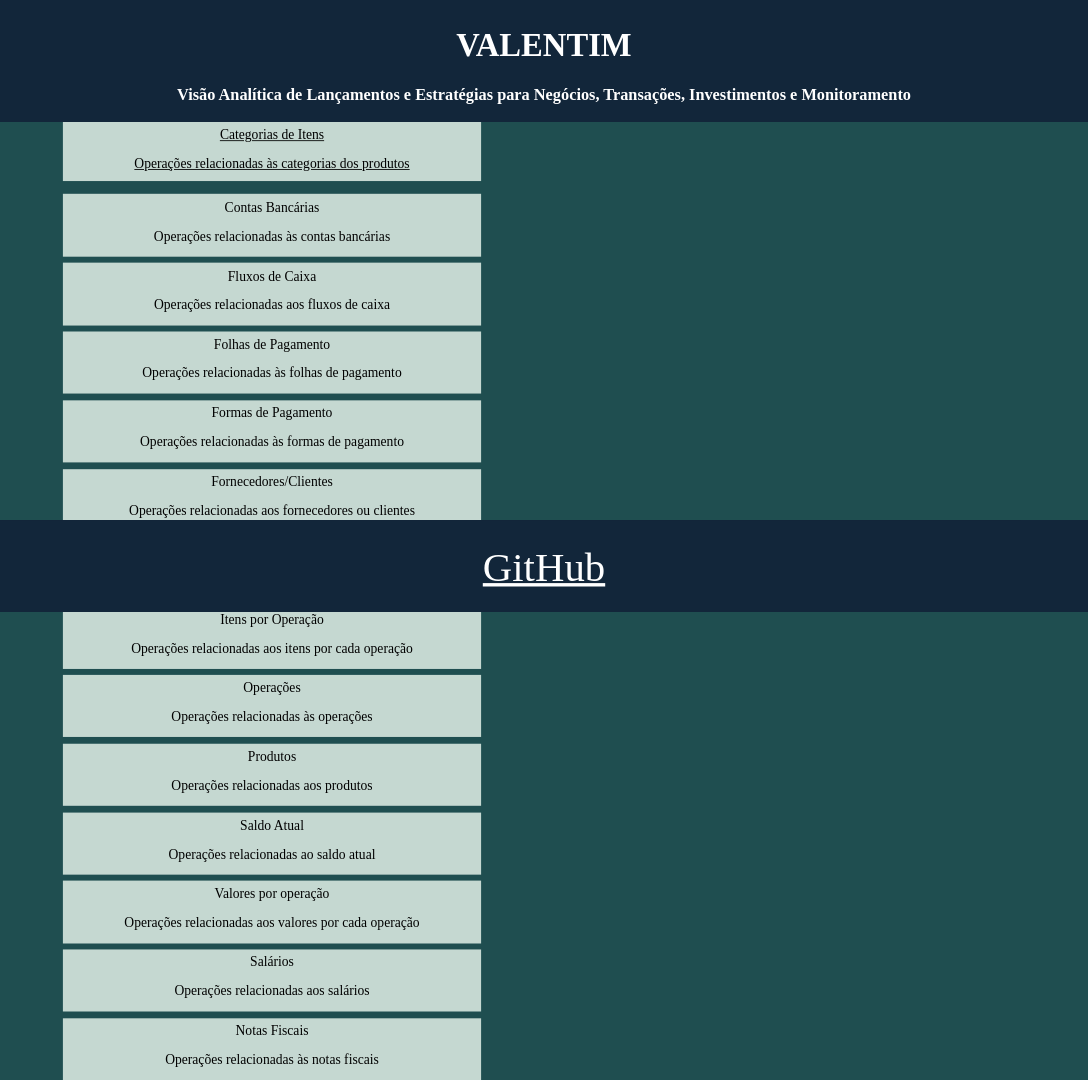
Repository: Matheus-Lacerda009/ERP-Financeiro
Page: Front/menu/menu.html
The author's editor kept a copy of each file at every save. The page is drawn from the files as they stood at one save, then again after a run of saves.
The browser window is 1280 px wide. The pictures show the whole page, at 85% of full size.

Above is the page before, as saved 2026-07-13 19:13:08.

After the next 2 saves:
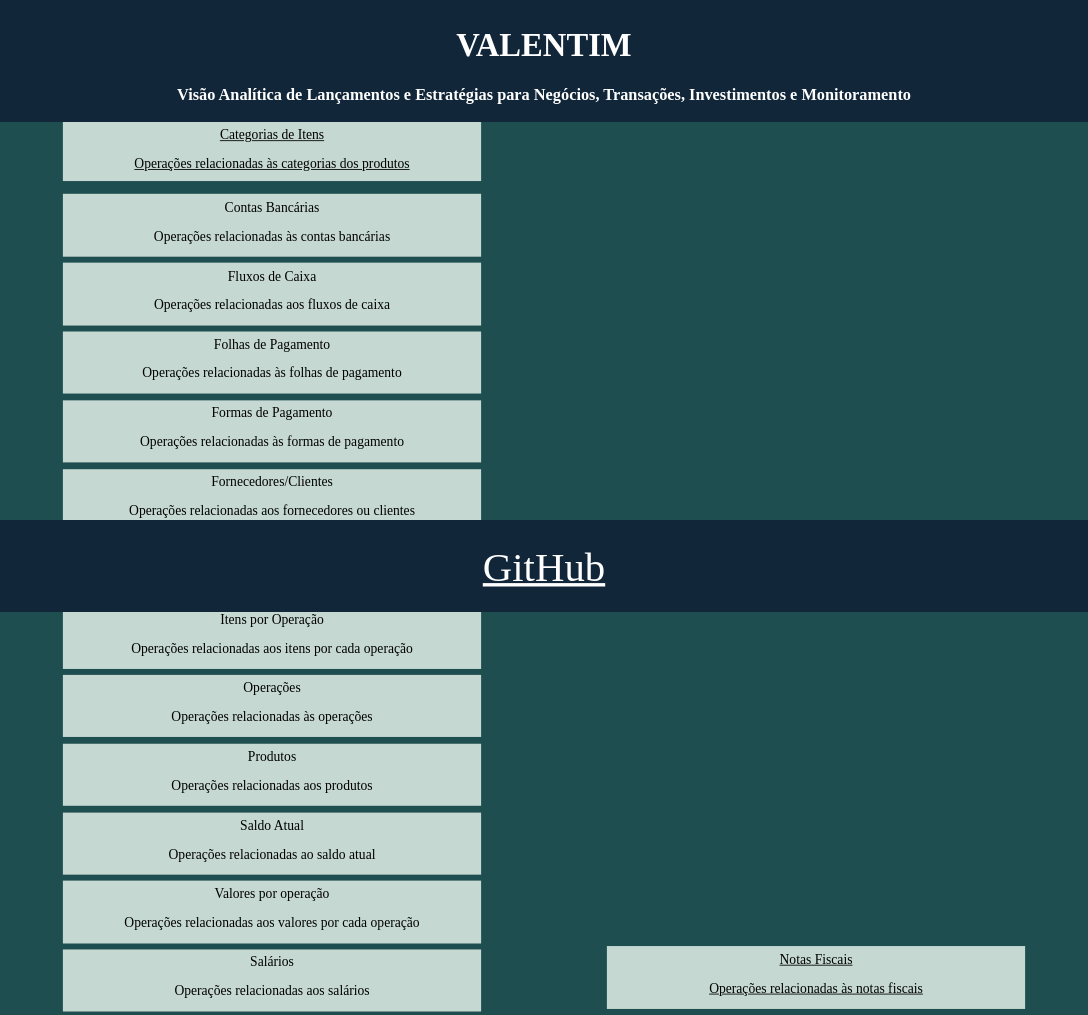
The 2 saves are shown as one change because they came seconds apart.
The last was saved 9 s later.
--- a/Front/menu/menu.html
+++ b/Front/menu/menu.html
@@ -80,9 +80,9 @@
                 Salários</a>
                 <p>Operações relacionadas aos salários</p>
             </div>
-            <a href="../notaFiscal/nota_fiscal.html" class="links"></a>
+            <a href="../notaFiscal/nota_fiscal.html" class="links">
             <div class="divEntidades">
-                Notas Fiscais</a>
+                Notas Fiscais
                 <p>Operações relacionadas às notas fiscais</p>
             </div>
         </div>
